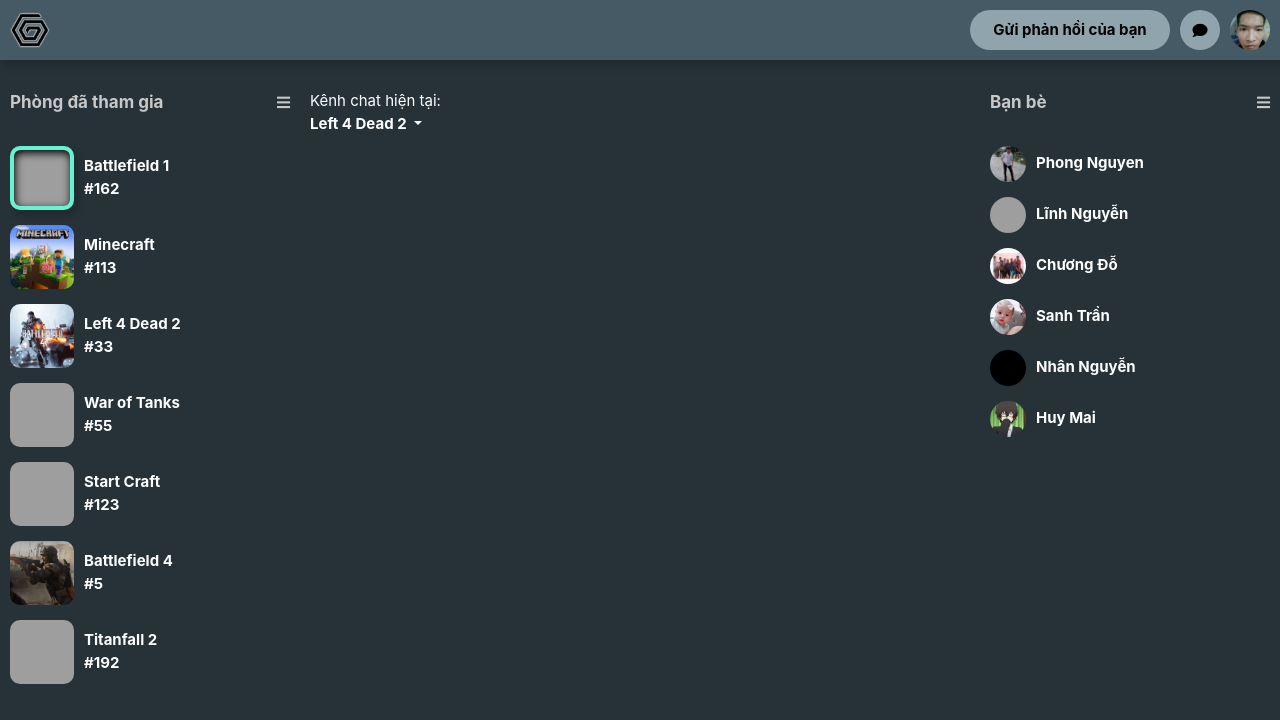
Repository: GammingCommnunity/docs
Page: web-layout/v2/html/index.html
An editor plug-in stored every save of this project. The page is shown before and after the next save, followed by the edit.
The browser window is 1280 px wide. The pictures show the whole page.
Pictures or frames that could not be fetched are drawn as grey boxes.

Above is the page before, as saved 2020-03-06 10:50:49.

### web-layout/v2/html/index.html
<!DOCTYPE html>
<html lang="vi">

<head>
	<meta charset="UTF-8">
	<meta name="viewport" content="width=device-width, initial-scale=1.0">
	<!-- title -->
	<title>Gaming Community</title>
	<!-- bootstrap -->
	<link rel="stylesheet" href="css/bootstrap/bootstrap.min.css">
	<!-- fontawesome -->
	<link href="css/fontawesome.css" rel="stylesheet">
	<link href="css/brands.css" rel="stylesheet">
	<link href="css/solid.css" rel="stylesheet">
</head>

<body>
	<!-- bootstrap -->
	<script src="js/jquery-3.4.1.min.js"></script>
	<script src="js/bootstrap/bootstrap.popper.min.js"></script>
	<script src="js/bootstrap/bootstrap.min.js"></script>
	<!-- define -->
	<style>
		:root {
			/* background color */
			--bg9: #263238;
			--bg8: #37474F;
			--bg7: #455A64;
			--bg6: #546E7A;
			--bg5: #607D8B;
			--bg4: #78909C;
			--bg3: #90A4AE;
			--bg2: #B0BEC5;
			--bg1: #CFD8DC;
			/* text color */
			--primary-text: white;
			--secondary-text: #C8C8C8;
			/* shadow */
			--shd: 3px 5px 9px rgba(0, 0, 0, .2);
			--shd-lg: 3px 5px 18px rgba(0, 0, 0, .2);
			--shd-highlight: 3px 5px 9px rgba(0, 0, 0, .2), inset 1px 3px 9px black;
			/* text size */
			--text-size-sm: 12px;
			--text-size-lg: 17px;
			/* highlight */
			--highlight: rgb(102, 243, 212);
			--border-highlight: 4px solid var(--highlight);
		}
	</style>

	<!-- global style -->
	<style>
		html {
			margin: 0;
			padding: 0;
		}

		html * {
			font-size: 15px;
			color: var(--primary-text);
		}

		/* ::-webkit-scrollbar {
			width: 3px;
			height: 3px;
		}

		::-webkit-scrollbar-thumb {
			background: rgb(9, 81, 71);
			border-radius: 999px;
		}

		::placeholder {
			color: rgb(13, 190, 150);
			font-size: 12px;
		} */

		pre {
			white-space: pre-line;
			word-break: break-word;
		}






		.img {
			background-size: cover;
			background-repeat: no-repeat;
			background-position: center;
		}

		.nowrap {
			white-space: nowrap;
		}

		.wrap {
			white-space: pre-line;
			word-break: break-word;
		}

		.logo {
			width: 40px;
			height: 40px;
		}

		/* component */
		.component {
			display: flex;
			flex-direction: column;
		}

		.component-head {
			display: flex;
			align-items: center;
		}

		.component-head * {
			color: var(--secondary-text);
		}

		.component-head label {
			margin-right: 10px;
			font-weight: bold;
			font-size: var(--text-size-lg);
			flex-grow: 1;
			overflow: hidden;
			white-space: nowrap;
		}

		.component .component-body {
			flex-grow: 1;
			display: flex;
			flex-direction: column;
			overflow: auto;
		}

		/* fix bootstrap */
		p,
		label {
			margin: 0;
		}

		.dropdown-menu {
			font-weight: bold;
			background-color: var(--bg6);
			box-shadow: var(--shd-lg);
		}

		.dropdown-menu * {
			font-weight: bold;
			transition: all .3s ease;
			color: var(--primary-text);
		}

		.dropdown-menu .dropdown-item:hover {
			color: var(--bg6);
			border-left: 4px solid var(--highlight);
		}
	</style>

	<!-- framework -->
	<style>
		header {
			width: 100vw;
			height: 60px;
			padding-left: 10px;
			padding-right: 10px;
			position: fixed;
			top: 0;
			display: flex;
			align-items: center;
			background-color: var(--bg7);
			box-shadow: var(--shd);
		}

		header .space {
			flex-grow: 1;
		}

		header .button {
			width: 40px;
			height: 40px;
			display: flex;
			justify-content: center;
			align-items: center;
			border-radius: 40px;
			background-color: var(--bg3);
			margin-left: 10px;
			cursor: pointer;
			color: black;
		}

		header .button * {
			color: black;
		}

		.feedback-btn {
			width: 200px !important;
			font-weight: bold;
		}

		.main-container {
			width: 100vw;
			height: 100vh;
			background-color: var(--bg9);
			padding-top: 60px;
			display: flex;
			align-items: stretch;
			justify-content: space-between;
		}

		.main-container article {
			flex-grow: 1;
			padding: 30px 10px 0 10px;
			max-width: 1000px;
		}

		.main-container nav {
			width: 300px;
			padding: 30px 10px 0 10px;
			color: var(--secondary-text);
		}

		.main-container nav .component-head {
			margin-bottom: 30px;
		}


		/* joined-rooms-item */
		.joined-rooms-item {
			width: 100%;
			display: flex;
			margin-bottom: 15px;
		}

		.joined-rooms-item .img {
			width: 64px;
			height: 64px;
			border-radius: 10px;
		}

		.joined-rooms-item * {
			font-weight: bold;
		}

		.joined-rooms-item .info {
			height: 64px;
			padding-left: 10px;
			flex-grow: 1;
			display: flex;
			flex-direction: column;
			align-items: flex-start;
			justify-content: center;
		}

		.joined-rooms-item .info * {
			overflow: hidden;
			white-space: nowrap;
		}

		/* active */
		.joined-rooms-item.active .img {
			border: var(--border-highlight);
			box-shadow: var(--shd-highlight);
		}

		/* friends-item */
		.friends-item {
			width: 100%;
			display: flex;
			align-items: center;
			margin-bottom: 15px;
		}

		.friends-item .img {
			width: 36px;
			height: 36px;
			border-radius: 36px;
		}

		.friends-item * {
			font-weight: bold;
		}

		.friends-item .name {
			padding-left: 10px;
			overflow: hidden;
			white-space: nowrap;
		}
	</style>

	<!-- game channel -->
	<style>
		.game-channels-list {
			font-weight: bold;
		}

		.game-channels{
			display: flex;
			flex-direction: column;
			height: 100%;
		}

		.game-channels-head{
			border-bottom: 40px;
		}

		.game-channels-body{
			flex-grow: 1;
			display: flex;
		}

		.rooms{
			width: 380px;
			min-width: 380px;
			height: 100%;
		}

		.global-chats{
			flex-grow: 1;
			height: 100%;
		}
	</style>




	<header>
		<div class="logo img" style="background-image: url(img/logo.png)"></div>
		<div class="space"></div>
		<div class="button feedback-btn">Gửi phản hồi của bạn</div>
		<div class="button">
			<i class="fas fa-comment"></i>
		</div>
		<div class="button img" style="background-image: url(img/avatar.jpg)"></div>
	</header>



	<div class="main-container">






		<!-- joined room -->
		<nav class="component">
			<div class="component-head">
				<label>Phòng đã tham gia</label>
				<div>
					<i class="fas fa-bars"></i>
				</div>
			</div>
			<div class="component-body">

				<div class="joined-rooms-item active">
					<div class="img" style="background-image: url(img/14.jpg)"></div>
					<div class="info">
						<p>Battlefield 1</p>
						<p>#162</p>
					</div>
				</div>

				<div class="joined-rooms-item">
					<div class="img" style="background-image: url(img/10.jpg)"></div>
					<div class="info">
						<p>Minecraft</p>
						<p>#113</p>
					</div>
				</div>

				<div class="joined-rooms-item">
					<div class="img" style="background-image: url(img/9.jpg)"></div>
					<div class="info">
						<p>Left 4 Dead 2</p>
						<p>#33</p>
					</div>
				</div>

				<div class="joined-rooms-item">
					<div class="img" style="background-image: url(img/13.jpg)"></div>
					<div class="info">
						<p>War of Tanks</p>
						<p>#55</p>
					</div>
				</div>

				<div class="joined-rooms-item">
					<div class="img" style="background-image: url(img/12.jpg)"></div>
					<div class="info">
						<p>Start Craft</p>
						<p>#123</p>
					</div>
				</div>

				<div class="joined-rooms-item">
					<div class="img" style="background-image: url(img/16.jpg)"></div>
					<div class="info">
						<p>Battlefield 4</p>
						<p>#5</p>
					</div>
				</div>

				<div class="joined-rooms-item">
					<div class="img" style="background-image: url(img/11.jpg)"></div>
					<div class="info">
						<p>Titanfall 2</p>
						<p>#192</p>
					</div>
				</div>


			</div>
		</nav>

		<!-- game channel -->
		<article>
			<div class="game-channels">
				<div class="game-channels-head">
					<label class="flex-grow-0">Kênh chat hiện tại:</label>
					<div class="game-channels-list flex-grow-1 dropdown">
						<label class="dropdown-toggle w-100 text-left" id="" data-toggle="dropdown" aria-haspopup="true"
							aria-expanded="false">
							Left 4 Dead 2
						</label>
						<div class="dropdown-menu" aria-labelledby="dropdownMenuButton">
							<a class="dropdown-item" href="#">GTA 5</a>
							<a class="dropdown-item" href="#">Minecraft</a>
							<a class="dropdown-item" href="#">Left 4 Dead 2</a>
							<a class="dropdown-item" href="#">War Frame</a>
							<a class="dropdown-item" href="#">Titanfall 2</a>
							<a class="dropdown-item" href="#">Start Craft</a>
							<a class="dropdown-item" href="#">HearthStone</a>
						</div>
					</div>
				</div>
				<div class="game-channels-body">
					<div class="rooms component">

					</div>
				</div>
			</div>
		</article>

		<!-- friends -->
		<nav class="component">
			<div class="component-head">
				<label>Bạn bè</label>
				<div>
					<i class="fas fa-bars"></i>
				</div>
			</div>
			<div class="component-body">

				<div class="friends-item">
					<div class="img" style="background-image: url(img/100.jpg)"></div>
					<p class="name">Phong Nguyen</p>
				</div>

				<div class="friends-item">
					<div class="img" style="background-image: url(img/101.jpg)"></div>
					<p class="name">Lĩnh Nguyễn</p>
				</div>

				<div class="friends-item">
					<div class="img" style="background-image: url(img/102.jpg)"></div>
					<p class="name">Chương Đỗ</p>
				</div>

				<div class="friends-item">
					<div class="img" style="background-image: url(img/103.jpg)"></div>
					<p class="name">Sanh Trần</p>
				</div>

				<div class="friends-item">
					<div class="img" style="background-image: url(img/104.jpg)"></div>
					<p class="name">Nhân Nguyễn</p>
				</div>

				<div class="friends-item">
					<div class="img" style="background-image: url(img/105.jpg)"></div>
					<p class="name">Huy Mai</p>
				</div>


			</div>
		</nav>






	</div>




</body>

</html>

### web-layout/v2/html/css/brands.css
/*!
 * Font Awesome Free 5.12.0 by @fontawesome - https://fontawesome.com
 * License - https://fontawesome.com/license/free (Icons: CC BY 4.0, Fonts: SIL OFL 1.1, Code: MIT License)
 */
@font-face {
  font-family: 'Font Awesome 5 Brands';
  font-style: normal;
  font-weight: normal;
  font-display: auto;
  src: url("../webfonts/fa-brands-400.eot");
  src: url("../webfonts/fa-brands-400.eot?#iefix") format("embedded-opentype"), url("../webfonts/fa-brands-400.woff2") format("woff2"), url("../webfonts/fa-brands-400.woff") format("woff"), url("../webfonts/fa-brands-400.ttf") format("truetype"), url("../webfonts/fa-brands-400.svg#fontawesome") format("svg"); }

.fab {
  font-family: 'Font Awesome 5 Brands'; }

### web-layout/v2/html/css/solid.css
/*!
 * Font Awesome Free 5.12.0 by @fontawesome - https://fontawesome.com
 * License - https://fontawesome.com/license/free (Icons: CC BY 4.0, Fonts: SIL OFL 1.1, Code: MIT License)
 */
@font-face {
  font-family: 'Font Awesome 5 Free';
  font-style: normal;
  font-weight: 900;
  font-display: auto;
  src: url("../webfonts/fa-solid-900.eot");
  src: url("../webfonts/fa-solid-900.eot?#iefix") format("embedded-opentype"), url("../webfonts/fa-solid-900.woff2") format("woff2"), url("../webfonts/fa-solid-900.woff") format("woff"), url("../webfonts/fa-solid-900.ttf") format("truetype"), url("../webfonts/fa-solid-900.svg#fontawesome") format("svg"); }

.fa,
.fas {
  font-family: 'Font Awesome 5 Free';
  font-weight: 900; }

Loaded but not shown: web-layout/v2/html/css/bootstrap/bootstrap.min.css (library); web-layout/v2/html/css/fontawesome.css (library); web-layout/v2/html/js/jquery-3.4.1.min.js (library); web-layout/v2/html/js/bootstrap/bootstrap.popper.min.js (library); web-layout/v2/html/js/bootstrap/bootstrap.min.js (library)

After the next save:
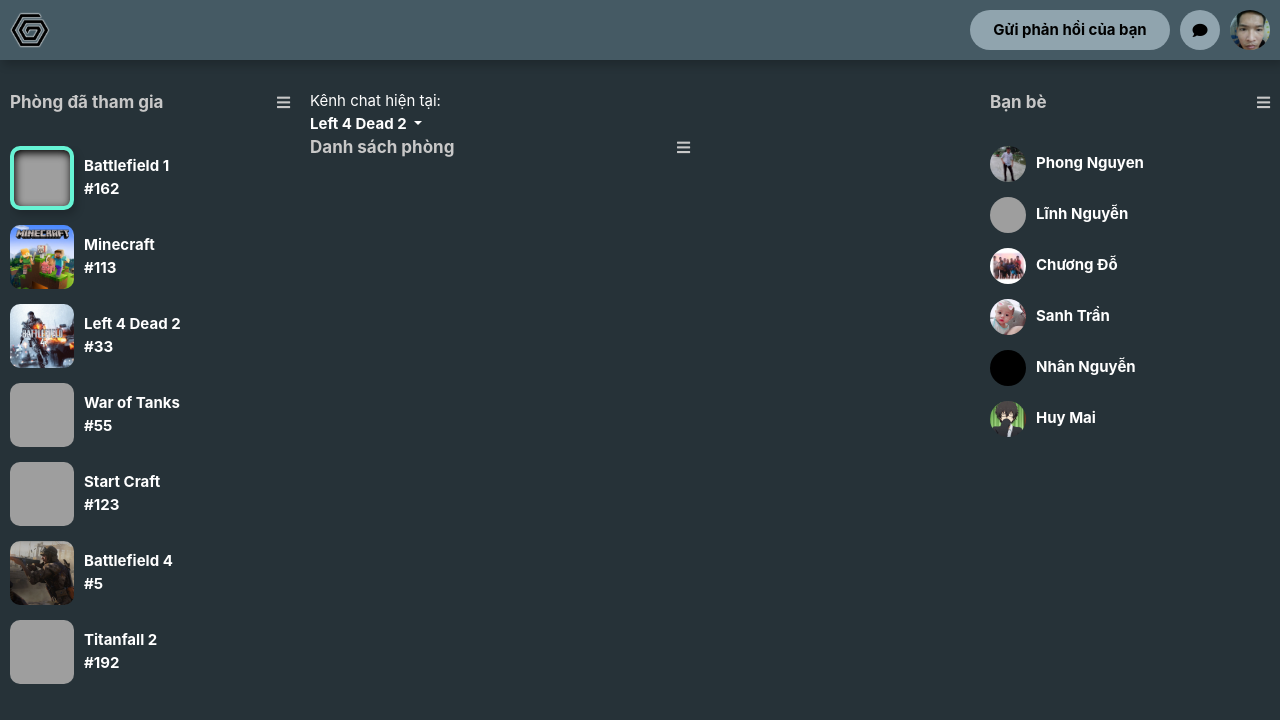
Saved 3 min 15 s later.
--- a/web-layout/v2/html/index.html
+++ b/web-layout/v2/html/index.html
@@ -439,7 +439,15 @@
 				</div>
 				<div class="game-channels-body">
 					<div class="rooms component">
-
+						<div class="component-head">
+							<label>Danh sách phòng</label>
+							<div>
+								<i class="fas fa-bars"></i>
+							</div>
+						</div>
+						<div class="component-body">
+
+						</div>
 					</div>
 				</div>
 			</div>
